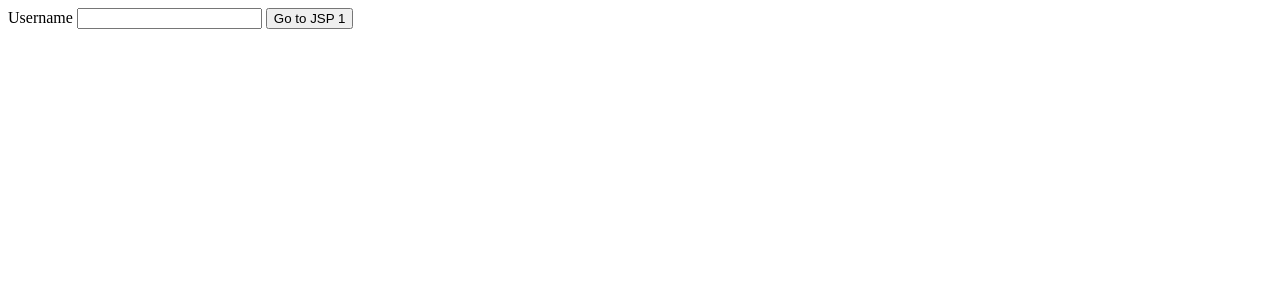
Repository: Max0077/WEJE1-master
Page: http://localhost/servlets/DemoJSP4.jsp
An editor plug-in stored every save of this project. The page is shown before and after the next save, followed by the edit.
The browser window is 1280 px wide. The pictures show the whole page.
The page is served by Tomcat 9.

Above is the page before, as saved 2022-09-07 11:48:33.

After the next save:
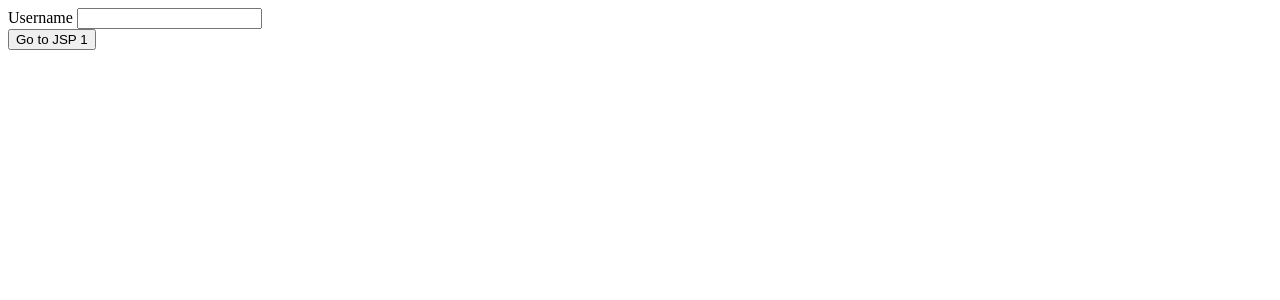
Saved 9 s later.
--- a/servlets/src/main/webapp/DemoJSP4.jsp
+++ b/servlets/src/main/webapp/DemoJSP4.jsp
@@ -10,8 +10,8 @@
 <body>
 
 	<form method="post" action="DemoJSP1.jsp">
-		<label>Username</label> <input type="text" name="username"> <input
-			type="submit" value="Go to JSP 1">
+		<label>Username</label> <input type="text" name="username"> <br>
+		<input type="submit" value="Go to JSP 1">
 	</form>
 
 </body>
